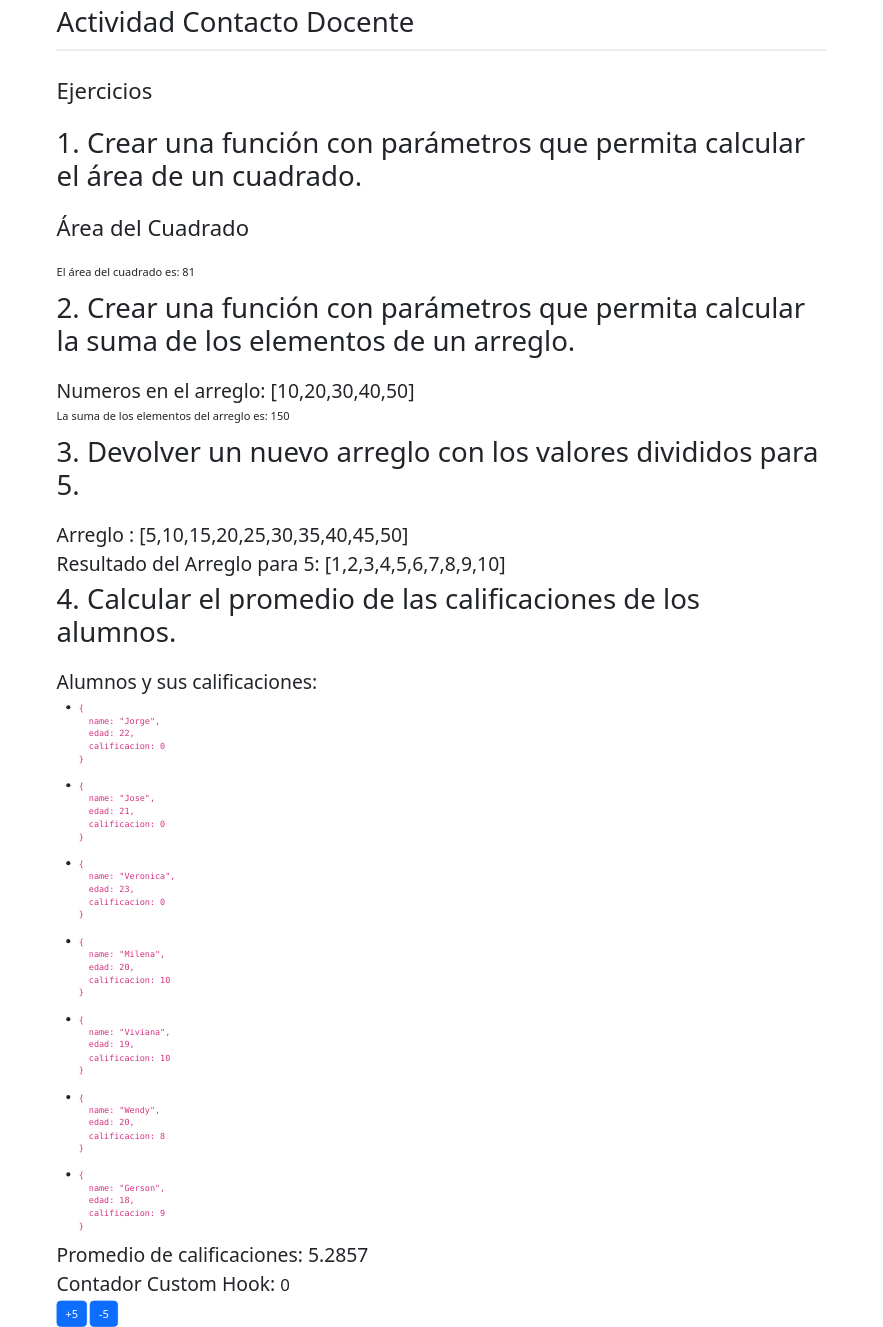
Repository: Jchimbo99/Actvidad1
Page: / (app in typescript-actividad/)
These files come from the project's save history. The page is drawn as it stood at one moment and after a run of saves; the edit follows.
The browser window is 1280 px wide. The pictures show the whole page, at 69% of full size.
The project was rebuilt for these pictures with package versions that can differ from the ones it lists, and the page was loaded fresh each time. Also part of the build but not shown: typescript-actividad/vite.config.ts.

Above is the page before, as saved 2025-01-23 20:58:37.

### typescript-actividad/index.html
<!doctype html>
<html lang="en">
  <head>
    <meta charset="UTF-8" />
    <link rel="icon" type="image/svg+xml" href="/vite.svg" />
    <meta name="viewport" content="width=device-width, initial-scale=1.0" />
    <link href="https://cdn.jsdelivr.net/npm/bootstrap@5.3.3/dist/css/bootstrap.min.css" rel="stylesheet" integrity="sha384-QWTKZyjpPEjISv5WaRU9OFeRpok6YctnYmDr5pNlyT2bRjXh0JMhjY6hW+ALEwIH" crossorigin="anonymous">

    <title>Activididad Jch</title>
  </head>
  <body class="container">
    <div id="root"></div>
    <script type="module" src="/src/main.tsx"></script>
  </body>
</html>

### typescript-actividad/src/App.tsx
import { ContadorCustomHook } from "./components/ContadorCustomHook";
import { AreaCuadrado } from "./typescript/AreaCuadrado";
import { SumaArreglo } from "./typescript/Arreglo";
import { ArreglosDivision } from "./typescript/ArreglosDivision";
import { PromedioCalificaciones } from "./typescript/PromedioCalificaciones";

export const App = () => {
  return (

    <div className="mt-2">
      <h1>Actividad Contacto Docente</h1>
      <hr />
      <br />
      <h2>Ejercicios</h2>
      <br />

      <AreaCuadrado/>

      <SumaArreglo/>
      <ArreglosDivision/>
      <PromedioCalificaciones/>
      <ContadorCustomHook/>
      </div>
  )
}


export default App;

### typescript-actividad/src/components/ContadorCustomHook.tsx
import { useCounter } from "../hooks/useCounter";

export const ContadorCustomHook = () => {

    //lamar custohok

    const {valor, contador}=useCounter(0);


return (
    <div>
    <h3>Contador Custom Hook: <small>{valor}</small>
    </h3>
    <button
        className="btn btn-primary"
        onClick={() => contador(5)}>+5
    </button>
    &nbsp;

    <button
        className="btn btn-primary"
        onClick={() => contador(-5)}>-5
    </button>
    &nbsp;
    </div>
);
};

### typescript-actividad/src/typescript/AreaCuadrado.tsx
export const AreaCuadrado = () => {
    const lado = 9;
    const area = lado * lado;

    return (
        <div>

            <h1>1.	Crear una función con parámetros que permita calcular el área de un cuadrado.</h1>
            <br />
            <h2>Área del Cuadrado</h2>
            <br />
            <p>El área del cuadrado es: {area}</p>

        </div>
    );
}

### typescript-actividad/src/typescript/Arreglo.tsx
export const SumaArreglo = () => {

    const numeros = [10, 20, 30, 40, 50];

    const calcularSuma = (numeros: number[]): number => {
        return numeros.reduce((total, numero) => total + numero, 0);
    }

    const totalSuma = calcularSuma(numeros);

    return (
        <div>
            <h1>2. Crear una función con parámetros que permita calcular la suma de los elementos de un arreglo.</h1>
            <br />
            <h3>Numeros en el arreglo: {JSON.stringify(numeros)}</h3>
            <p>La suma de los elementos del arreglo es: {totalSuma}</p>
        </div>
    );
}

### typescript-actividad/src/typescript/ArreglosDivision.tsx
export const ArreglosDivision = () => {
    const arreglo = [5, 10, 15, 20, 25, 30, 35, 40, 45, 50];

    const arregloDividido = arreglo.map((valor) => valor / 5);

    return (
        <div>
            <h1>3. Devolver un nuevo arreglo con los valores divididos para 5.</h1>
            <br />
            <h3>Arreglo : {JSON.stringify(arreglo)}</h3>
            <h3>Resultado del Arreglo para  5: {JSON.stringify(arregloDividido)}</h3>
        </div>
    );
}

### typescript-actividad/src/typescript/PromedioCalificaciones.tsx
interface Alumnos {
    name: string;
    edad: number;
    calificacion: number;
}

export const PromedioCalificaciones = () => {
    const alumnos: Alumnos[] = [
        {
            name: "Jorge",
            edad: 22,
            calificacion: 0,
        },
        {
            name: "Jose",
            edad: 21,
            calificacion: 0,
        },
        {
            name: "Veronica",
            edad: 23,
            calificacion: 0,
        },
        {
            name: "Milena",
            edad: 20,
            calificacion: 10,
        },
        {
            name: "Viviana",
            edad: 19,
            calificacion: 10,
        },
        {
            name: "Wendy",
            edad: 20,
            calificacion: 8,
        },
        {
            name: "Gerson",
            edad: 18,
            calificacion: 9,
        },
    ];

    // Función para calcular el promedio de las calificaciones
    const calcularPromedio = (alumnos: Alumnos[]): number => {
        const sumaCalificaciones = alumnos.reduce((total, alumno) => total + alumno.calificacion, 0);
        return sumaCalificaciones / alumnos.length;
    };

    const promedio = calcularPromedio(alumnos);

    return (
        <div>
            <h1>4. Calcular el promedio de las calificaciones de los alumnos.</h1>
            <br />
            <h3>Alumnos y sus calificaciones:</h3>
            <ul>
                {alumnos.map((alumno) => (
                    <li key={alumno.name}>
                        <code>
                            <pre>{`{\n  name: "${alumno.name}",\n  edad: ${alumno.edad},\n  calificacion: ${alumno.calificacion}\n}`}</pre>
                        </code>
                    </li>
                ))}
            </ul>
            <h3>Promedio de calificaciones: {Number(promedio.toFixed(4))}</h3>

        </div>
    );
};

### typescript-actividad/src/hooks/useCounter.tsx
import { useState } from "react";

export const useCounter = (inicial: number = 0) => {


    const [valor, setValor] = useState<number>(inicial);


    const contador = (numero: number): void => {
        setValor(valor + numero);
    }
return{
    valor,
    contador
}

}

Loaded but not shown: typescript-actividad/src/main.tsx (common file)

After the next 2 saves:
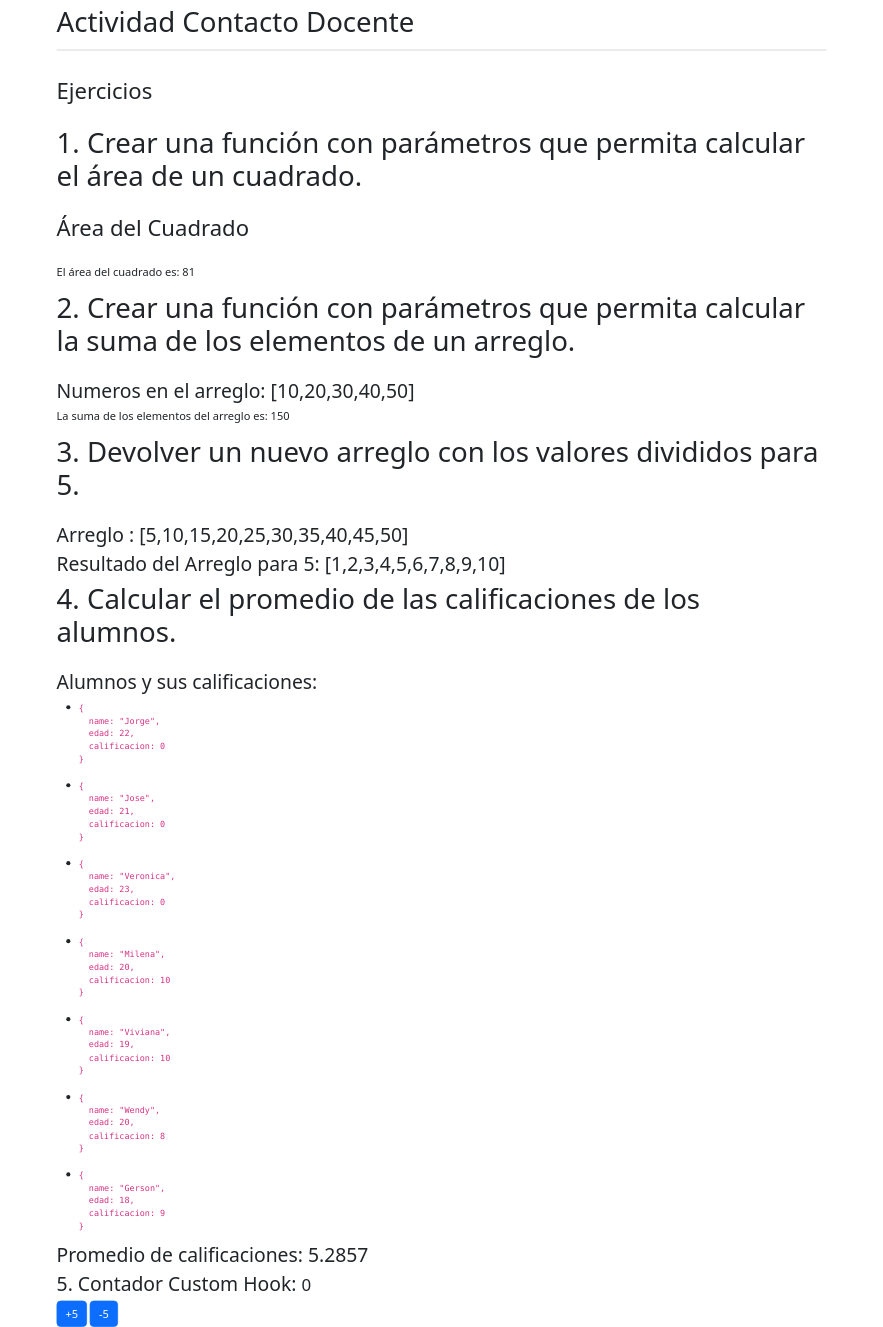
The 2 saves are shown as one change because they came seconds apart.
The last was saved 20 h 54 min later.
--- a/typescript-actividad/src/components/ContadorCustomHook.tsx
+++ b/typescript-actividad/src/components/ContadorCustomHook.tsx
@@ -9,7 +9,7 @@
 
 return (
     <div>
-    <h3>Contador Custom Hook: <small>{valor}</small>
+    <h3>5. Contador Custom Hook: <small>{valor}</small>
     </h3>
     <button
         className="btn btn-primary"
